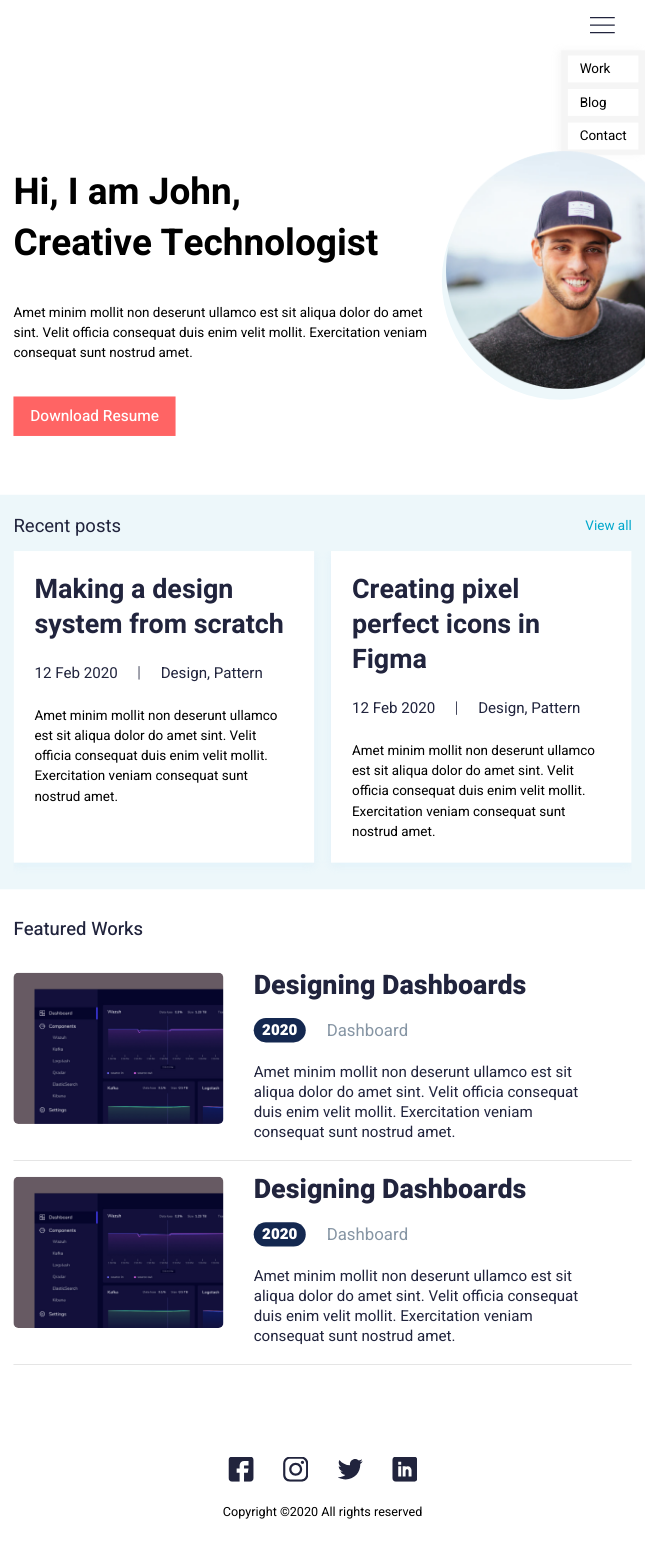
Repository: sharma171/portfolio
Page: /
These files come from the project's save history. The page is drawn as it stood at one moment and after the next save; the edit follows.
The browser window is 768 px wide. The pictures show the whole page, at 84% of full size.
The project was rebuilt for these pictures with package versions that can differ from the ones it lists, and the page was loaded fresh each time. The framework's server and built-in components were replaced by stand-ins that run in the browser. Also part of the build but not shown: next.config.mjs.

Above is the page before, as saved 2024-06-02 23:14:04.

After the next save:
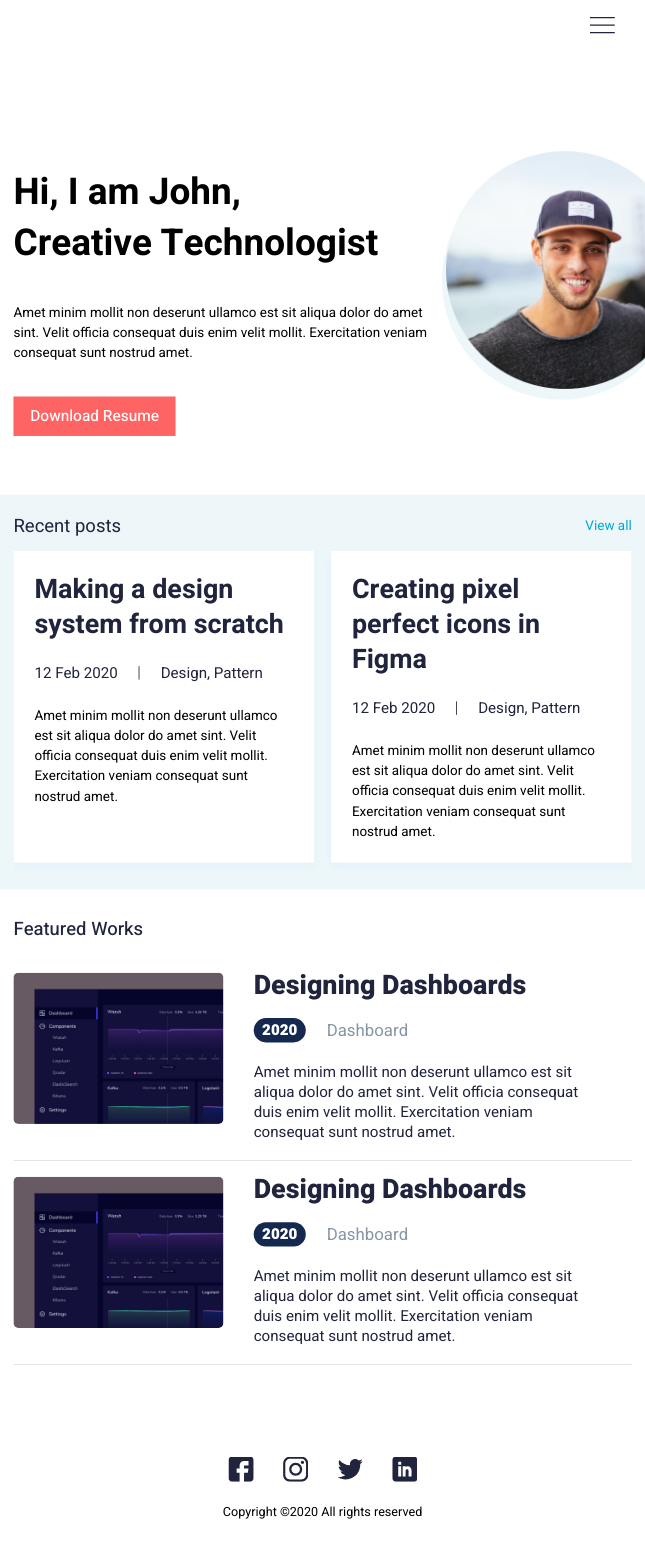
Saved 9 s later.
--- a/src/app/globals.css
+++ b/src/app/globals.css
@@ -121,7 +121,7 @@ footer .footer-inner .copyright {
   .mob-menu .mob-list {
     position: absolute;
     top: 100%;
-    right: -1rem;
+    right: -100rem;
     display: flex;
     flex-direction: column;
     padding: 6px 8px;
